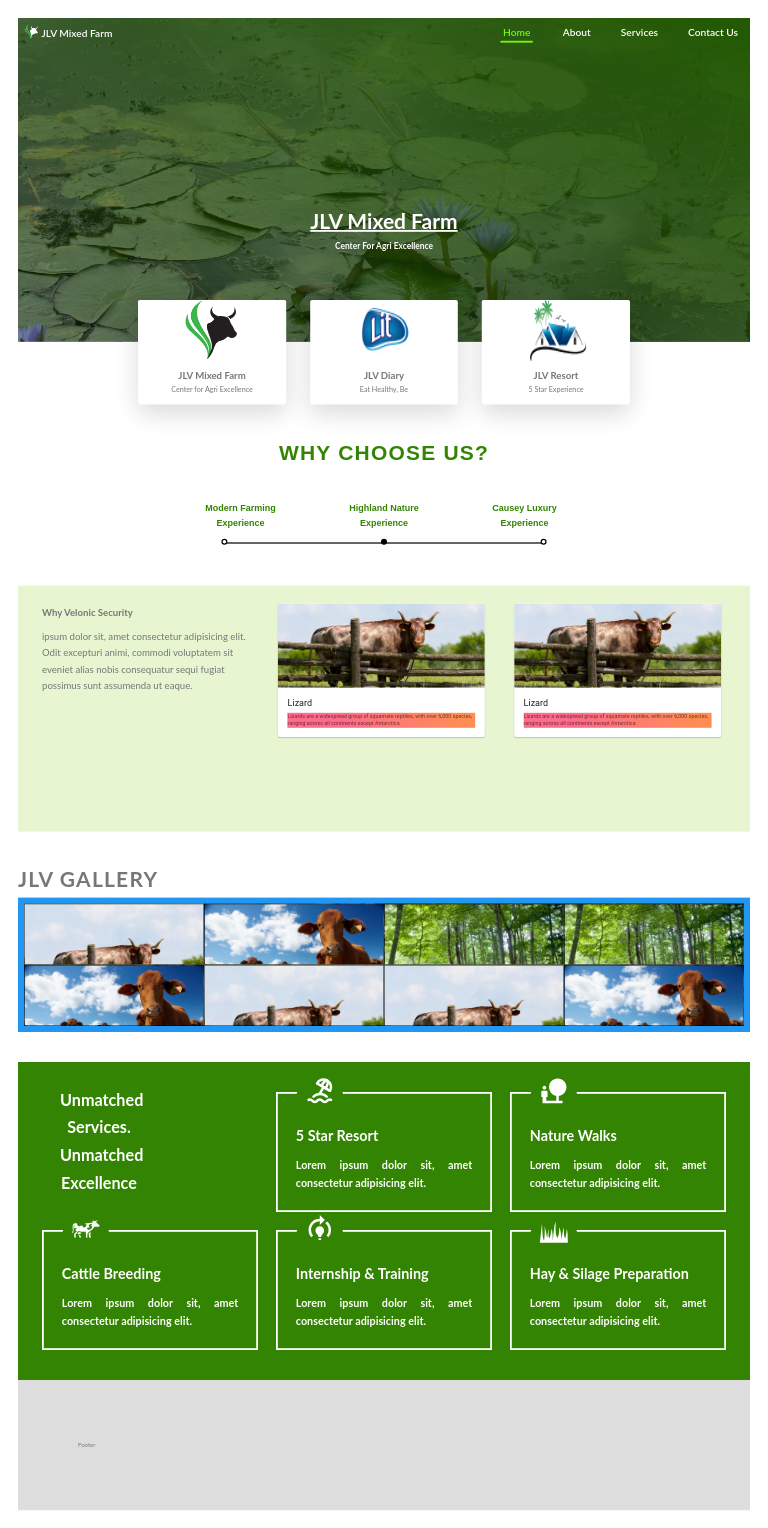
Repository: okidijimmy200/JLV
Page: / (app in client/)
The author's editor kept a copy of each file at every save. The page is drawn from the files as they stood at one save, then again after the next save.
The browser window is 1280 px wide. The pictures show the whole page, at 60% of full size.
The project was rebuilt for these pictures with package versions that can differ from the ones it lists, and the page was loaded fresh each time.

Above is the page before, as saved 2022-09-01 12:33:48.

After the next save:
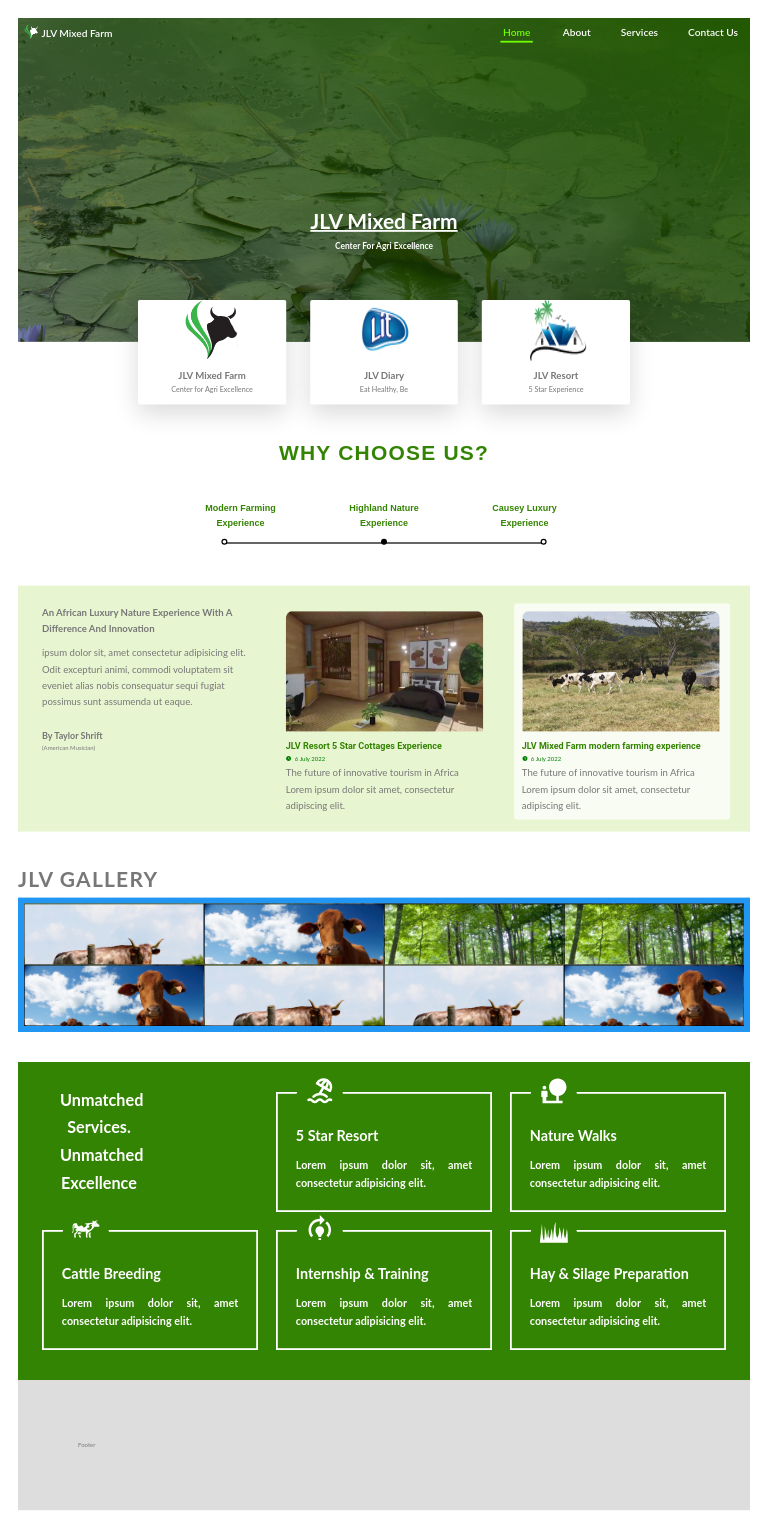
Saved 23 s later.
--- a/client/src/components/home/objective/Objective.tsx
+++ b/client/src/components/home/objective/Objective.tsx
@@ -1,20 +1,55 @@
 import React from 'react'
-import Card from '@mui/material/Card';
-import CardContent from '@mui/material/CardContent';
-import CardMedia from '@mui/material/CardMedia';
-import Typography from '@mui/material/Typography';
-import { CardActionArea } from '@mui/material';
 import { makeStyles } from '@mui/styles';
+import {MdAccessTimeFilled} from 'react-icons/md'
 
 import './Objective.scss'
 
-const Farm1 = require('../../../images/farm.jpg')
+const Farm1 = require('../../../images/Card-2.png')
+const Cottage = require('../../../images/Card-1.png')
 
 const useStyles = makeStyles({
   root: {
-    background: 'linear-gradient(45deg, #FE6B8B 30%, #FF8E53 90%)',
-    fontSize:'1.6rem'
+    height: 360,
+    width: 360,
+    background: 'rgba(255, 255, 255, 0.75)',
+    borderRadius: 5
   },
+  content: {
+    padding: 13,
+
+  },
+  img: {
+    height: 210,
+    width: 330
+  },
+
+  paragrapgh: {
+    fontSize:'1.6rem !important'
+  },
+  textarea: {
+    marginTop: 5
+  },
+  title: {
+
+  },
+  heading: {
+    marginTop: '5px',
+    marginBottom: '5px',
+    color: '#348403',
+    fontWeight: 'bold',
+    fontFamily: 'Roboto',
+    fontSize: '15px',
+    lineHeight: '18px'
+  },
+  img_pic: {
+    maxWidth: 330,
+    height: 200
+  },
+  date: {
+    marginLeft: 5,
+    marginBotton: 4,
+    color: 'green'
+  }
 });
 
 export default function Objective() {
@@ -23,54 +58,52 @@ export default function Objective() {
     <section className='section-objective'>
       <div className='row'>
         <div className="col-1-of-3 ">
-          <h3 className="heading-tetiary u-margin-bottom-small">Why Velonic Security</h3>
+          <h3 className="heading-tetiary u-margin-bottom-small">An African Luxury Nature Experience With A Difference And Innovation</h3>
                 <p className="paragraph">
                             ipsum dolor sit, amet consectetur adipisicing elit. Odit excepturi animi, commodi voluptatem sit eveniet alias nobis consequatur sequi fugiat possimus sunt assumenda ut eaque.
                   </p>
+      <h2><strong>By Taylor Shrift</strong></h2>
+      <p>(American Musician)</p>
 
         </div>
         <div className="col-1-of-3 ">
-        <Card sx={{ maxWidth: 345 }}>
-      <CardActionArea>
-        <CardMedia
-          component="img"
-          height="140"
-          image={Farm1}
-          alt="green iguana"
-        />
-        <CardContent>
-          <Typography gutterBottom variant="h5" component="div">
-            Lizard
-          </Typography>
-          <Typography variant="body2" color="text.secondary" className={classes.root}>
-            Lizards are a widespread group of squamate reptiles, with over 6,000
-            species, ranging across all continents except Antarctica
-          </Typography>
-        </CardContent>
-      </CardActionArea>
-    </Card>
+        <div className='objective'>
+          <div className={classes.content}>
+            <div className={classes.img}>
+              <img src={Cottage} alt='cottage' className={classes.img_pic}/>
+            </div>
+            <div className={classes.textarea}>
+              <div className={classes.title}>
+                <h4 className={classes.heading}>JLV Resort 5 Star Cottages Experience</h4>
+                <MdAccessTimeFilled style={{color: 'green', height: '10px', width: '10px'}} /><span className={classes.date}>6 July 2022</span>
+              </div>
+              <div className={classes.paragrapgh}>
+                <p>The future of innovative tourism in Africa Lorem ipsum dolor sit amet, consectetur adipiscing elit.</p>
+              </div>
+            </div>
+          </div>
+
+        </div>
 
         </div>
         <div className="col-1-of-3 ">
-        <Card sx={{ maxWidth: 345 }}>
-      <CardActionArea>
-        <CardMedia
-          component="img"
-          height="140"
-          image={Farm1}
-          alt="green iguana"
-        />
-        <CardContent>
-          <Typography gutterBottom variant="h5" component="div">
-            Lizard
-          </Typography>
-          <Typography variant="body2" color="text.secondary" className={classes.root}>
-            Lizards are a widespread group of squamate reptiles, with over 6,000
-            species, ranging across all continents except Antarctica
-          </Typography>
-        </CardContent>
-      </CardActionArea>
-    </Card>
+        <div className={classes.root}>
+          <div className={classes.content}>
+            <div className={classes.img}>
+              <img src={Farm1} alt='farm1' className={classes.img_pic}/>
+            </div>
+            <div className={classes.textarea}>
+              <div className={classes.title}>
+                <h4 className={classes.heading}>JLV Mixed Farm modern farming experience</h4>
+                <MdAccessTimeFilled style={{color: 'green', height: '10px', width: '10px'}} /><span className={classes.date}>6 July 2022</span>
+              </div>
+              <div className={classes.paragrapgh}>
+                <p>The future of innovative tourism in Africa Lorem ipsum dolor sit amet, consectetur adipiscing elit.</p>
+              </div>
+            </div>
+          </div>
+
+        </div>
 
         </div>
       </div>
